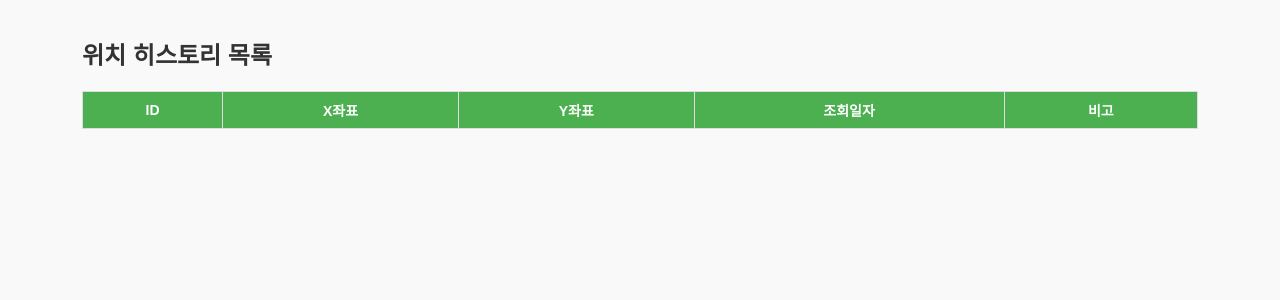
Repository: sangpyolee0/zerobase_task
Page: http://localhost/WifiProject/history.jsp
The author's editor kept a copy of each file at every save. The page is drawn from the files as they stood at one save, then again after the next save.
The browser window is 1280 px wide. The pictures show the whole page.
The page is served by Tomcat 9. Queries for data that is not in the repository find no rows.

Above is the page before, as saved 2024-12-08 17:26:12.

After the next save:
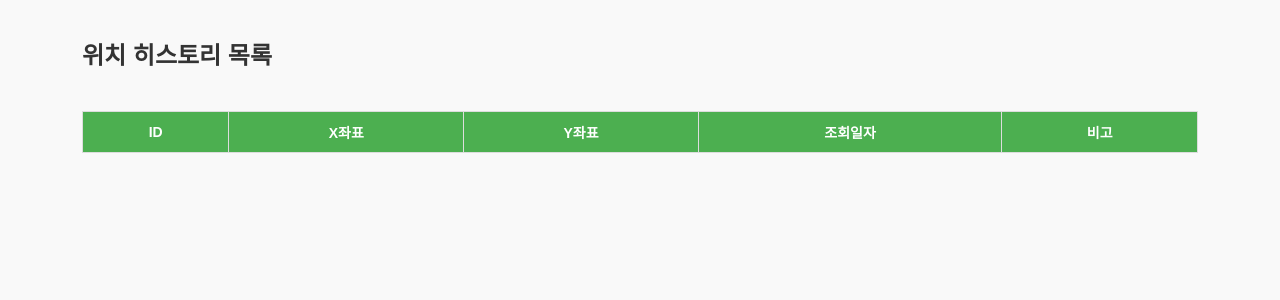
Saved 2 min 59 s later.
--- a/WifiProject/src/main/webapp/css/history.css
+++ b/WifiProject/src/main/webapp/css/history.css
@@ -1,4 +1,4 @@
-/* history.css: 히스토리 목록 페이지 전용 스타일 */
+/* history.css: 위치 히스토리 목록 페이지 스타일 */
 body {
     font-family: Arial, sans-serif;
     margin: 0;
@@ -20,21 +20,18 @@ h1 {
 
 nav {
     margin-bottom: 20px;
+    display: flex;
+    gap: 10px;
 }
 
 nav a, nav span {
     text-decoration: none;
     color: #007BFF; /* 하이퍼링크 색상 */
-    margin: 0 5px;
     font-size: 14px;
 }
 
 nav span {
     color: #999; /* 구분자(|) 색상 */
-}
-
-nav span:hover {
-    text-decoration: none;
 }
 
 nav a:hover {
@@ -49,7 +46,7 @@ table {
 
 table th, table td {
     border: 1px solid #ddd;
-    padding: 8px;
+    padding: 10px;
     text-align: center;
     font-size: 14px;
 }
@@ -57,7 +54,6 @@ table th, table td {
 table th {
     background-color: #4CAF50;
     color: white;
-    font-weight: bold;
 }
 
 table tr:nth-child(even) {
@@ -81,3 +77,16 @@ button.delete {
 button.delete:hover {
     background-color: #cc0000; /* 버튼 호버 시 더 어두운 빨간색 */
 }
+
+/* 화면 꽉 차도록 설정 */
+.container {
+    height: calc(100vh - 40px); /* 화면 전체 높이에서 상하 여백 제외 */
+    display: flex;
+    flex-direction: column;
+    justify-content: space-between;
+}
+
+table {
+    flex: 1; /* 테이블이 남은 공간을 채우도록 설정 */
+    overflow-y: auto; /* 테이블 스크롤 허용 */
+}
